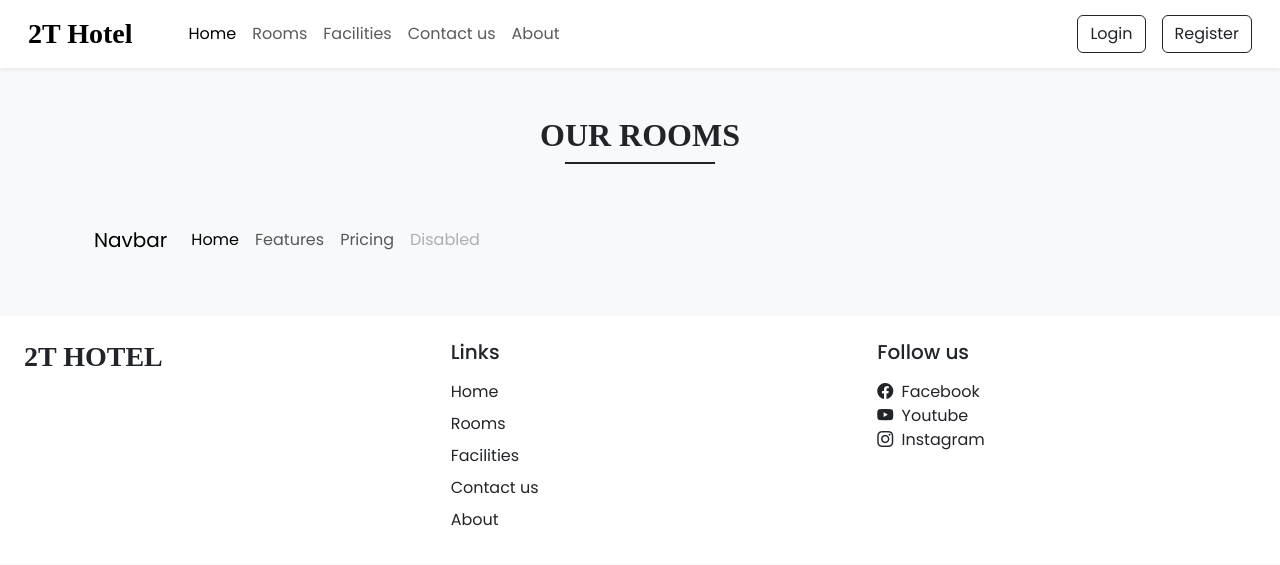
Repository: TaTongThanh2003/DoAnCoSo2024_BookingHotelWebsite
Page: http://localhost/WebsiteBookingHotel/rooms.php
An editor plug-in stored every save of this project. The page is shown before and after the next save, followed by the edit.
The browser window is 1280 px wide. The pictures show the whole page.
Some web fonts or font styles are not loaded; a fallback is used. The page is run by PHP 8.4 with error messages shown; the project is at /var/www/html/.

Above is the page before, as saved 2024-03-22 15:39:50.

### WebsiteBookingHotel/rooms.php
<!DOCTYPE html>
<html lang="en">

<head>
    <meta charset="UTF-8">
    <meta http-equiv="X-UA-Compatible" content="IE-edge">
    <meta name="viewport" content="width=device-width, initial-scale=1.0">
    <title>2T Hotel - ROOMS</title>
    <?php require('inc/links.php'); ?>
    <style>
    .pop:hover {
        border-top-color: var(--teal) !important;
        transform: scale(1.03);
        transition: all 0.3s;
    }
    </style>
    <link rel="stylesheet" href="https://cdn.jsdelivr.net/npm/swiper@11/swiper-bundle.min.css" />
    <style>
    @media screen and (max-width: 575px) {
        .availability-form {
            margin: 25px;
            padding: 0 35px;
        }
    }
    </style>
</head>

<body class="bg-light">
    <?php require('inc/header.php'); ?>

    <div class="my-5 px-4">
        <h2 class="fw-bold h-font text-center">OUR ROOMS</h2>
        <div class="h-line bg-dark"></div>
    </div>
    <div class="container">
        <div class="row">
            <div class="col-lg-3">
                <nav class="navbar navbar-expand-lg bg-body-tertiary">
                    <div class="container-fluid">
                        <a class="navbar-brand" href="#">Navbar</a>
                        <button class="navbar-toggler" type="button" data-bs-toggle="collapse"
                            data-bs-target="#navbarNav" aria-controls="navbarNav" aria-expanded="false"
                            aria-label="Toggle navigation">
                            <span class="navbar-toggler-icon"></span>
                        </button>
                        <div class="collapse navbar-collapse" id="navbarNav">
                            <ul class="navbar-nav">
                                <li class="nav-item">
                                    <a class="nav-link active" aria-current="page" href="#">Home</a>
                                </li>
                                <li class="nav-item">
                                    <a class="nav-link" href="#">Features</a>
                                </li>
                                <li class="nav-item">
                                    <a class="nav-link" href="#">Pricing</a>
                                </li>
                                <li class="nav-item">
                                    <a class="nav-link disabled" aria-disabled="true">Disabled</a>
                                </li>
                            </ul>
                        </div>
                    </div>
                </nav>
            </div>
        </div>
    </div>

    <!-- footer -->
    <?php require('inc/footer.php'); ?>




    <!-- <script src="https://cdn.jsdelivr.net/npm/swiper@11/swiper-bundle.min.js"></script>
    <script src="https://cdn.jsdelivr.net/npm/bootstrap@5.3.3/dist/js/bootstrap.bundle.min.js"
        integrity="sha384-YvpcrYf0tY3lHB60NNkmXc5s9fDVZLESaAA55NDzOxhy9GkcIdslK1eN7N6jIeHz" crossorigin="anonymous">
    </script> -->
    <!-- <script>
    var swiper = new Swiper(".swiper-container", {
        spaceBetween: 30,
        effect: "fade",
        loop: true,
        autoplay: {
            delay: 3500,
            disableOnInteraction: false,
        }
    });
    var swiper = new Swiper(".swiper-testimonials", {
        effect: "coverflow",
        grabCursor: true,
        centeredSlides: true,
        slidesPerView: "auto",
        slidesPerView: "3",
        loop: true,
        coverflowEffect: {
            rotate: 50,
            stretch: 0,
            depth: 100,
            modifier: 1,
            slideShadows: false,
        },
        pagination: {
            el: ".swiper-pagination",
        },
        breakpoints: {
            320: {
                slidesPerView: 1,
            },
            640: {
                slidesPerView: 1,
            },
            768: {
                slidesPerView: 2,
            },
            1024: {
                slidesPerView: 3,
            },
        }
    });
    </script> -->
</body>

</html>

### WebsiteBookingHotel/inc/links.php
<link href="https://cdn.jsdelivr.net/npm/bootstrap@5.3.3/dist/css/bootstrap.min.css" rel="stylesheet"
    integrity="sha384-QWTKZyjpPEjISv5WaRU9OFeRpok6YctnYmDr5pNlyT2bRjXh0JMhjY6hW+ALEwIH" crossorigin="anonymous">
<link href="https://fonts.googleapis.com/css2?family=Merienda:wght@400;700&family=Poppins:wght@400;500;600&display=swap"
    rel="stylesheet">
<link rel="stylesheet" href="https://cdn.jsdelivr.net/npm/bootstrap-icons@1.11.3/font/bootstrap-icons.min.css">
<link rel="stylesheet" href="css/common.css">

### WebsiteBookingHotel/inc/header.php
<nav class="navbar navbar-expand-lg navbar-light bg-white px-lg-3 py-lg-2 shadow-sm sticky-top">
    <div class="container-fluid">
        <a class="navbar-brand me-5 fw-bold fs-3 h-font" href="index.php">2T Hotel</a>
        <button class="navbar-toggler shadow-none" type="button" data-bs-toggle="collapse"
            data-bs-target="#navbarSupportedContent" aria-controls="navbarSupportedContent" aria-expanded="false"
            aria-label="Toggle navigation">
            <span class="navbar-toggler-icon"></span>
        </button>
        <div class="collapse navbar-collapse" id="navbarSupportedContent">
            <ul class="navbar-nav me-auto mb-2 mb-lg-0">
                <li class="nav-item">
                    <a class="nav-link active" aria-current="page" href="index.php">Home</a>
                </li>
                <li class="nav-item">
                    <a class="nav-link" href="rooms.php">Rooms</a>
                </li>
                <li class="nav-item">
                    <a class="nav-link" href="facilities.php">Facilities</a>
                </li>
                <li class="nav-item">
                    <a class="nav-link" href="contact.php">Contact us</a>
                </li>
                <li class="nav-item">
                    <a class="nav-link" href="about.php">About</a>
                </li>
            </ul>
            <div class="d-flex">
                <button type="button" class="btn btn-outline-dark shadow-none me-lg-3 me-2" data-bs-toggle="modal"
                    data-bs-target="#loginModal">
                    Login
                </button>
                <button type="button" class="btn btn-outline-dark shadow-none " data-bs-toggle="modal"
                    data-bs-target="#registerModal">
                    Register
                </button>
            </div>
        </div>
    </div>
</nav>

<!-- login -->
<div class="modal fade" id="loginModal" data-bs-backdrop="static" data-bs-keyboard="false" tabindex="-1"
    aria-labelledby="staticBackdropLabel" aria-hidden="true">
    <div class="modal-dialog">
        <div class="modal-content">
            <form>
                <div class="modal-header">
                    <h5 class="modal-title d-flex align-item-center">
                        <i class="bi bi-person-circle fs-5 me-2"></i> User login
                    </h5>
                    <button type="reset" class="btn-close shadow-none" data-bs-dismiss="modal"
                        aria-label="Close"></button>
                </div>
                <div class="modal-body">
                    <div class="mb-3">
                        <label class="form-label">Email address</label>
                        <input type="email" class="form-control shadow-none">
                    </div>
                    <div class="mb-4">
                        <label class="form-label">Password</label>
                        <input type="password" class="form-control shadow-none">
                    </div>
                    <div class="d-flex align-items-center justify-content-between mb-2">
                        <button type="submit" class="btn btn-dark shadow-none">LOGIN</button>
                        <a href="javascript: void(0)" class="text-secondary text-decoration-none">Forgot
                            Password?</a>
                    </div>
                </div>
            </form>
        </div>
    </div>
</div>

<!-- Register -->
<div class="modal fade" id="registerModal" data-bs-backdrop="static" data-bs-keyboard="false" tabindex="-1"
    aria-labelledby="staticBackdropLabel" aria-hidden="true">
    <div class="modal-dialog modal-lg">
        <div class="modal-content">
            <form>
                <div class="modal-header">
                    <h5 class="modal-title d-flex align-item-center">
                        <i class="bi bi-person-lines-fill fs-5 me-2"></i>
                        User Registration
                    </h5>
                    <button type="reset" class="btn-close shadow-none" data-bs-dismiss="modal"
                        aria-label="Close"></button>
                </div>
                <div class="modal-body">
                    <span class="badge rounded-pill bg-light text-dark mb-3 text-wrap lh-base">
                        Note: Your details must match with your ID (Aadhar card, passport, driving license, etc.)
                        that will be required dring check-in.
                    </span>
                    <div class="container-fluid">
                        <div class="row">
                            <!-- Name -->
                            <div class="col-md-6 ps-0 mb-3">
                                <label class="form-label">Name</label>
                                <input type="text" class="form-control shadow-none">
                            </div>
                            <!-- Email -->
                            <div class="col-md-6 p-0 mb-3">
                                <label class="form-label">Email</label>
                                <input type="email" class="form-control shadow-none">
                            </div>
                            <!-- Phone Number -->
                            <div class="col-md-6 ps-0 mb-3">
                                <label class="form-label">Phone Number</label>
                                <input type="number" class="form-control shadow-none">
                            </div>
                            <!-- Picture -->
                            <div class="col-md-6 p-0 mb-3">
                                <label class="form-label">Picture</label>
                                <input type="file" class="form-control shadow-none">
                            </div>
                            <!-- Address -->
                            <div class="col-md-12 p-0 mb-3">
                                <label class="form-label">Address</label>
                                <textarea class="form-control shadow-none" rows="1"></textarea>
                            </div>
                            <!-- Pincode -->
                            <div class="col-md-6 ps-0 mb-3">
                                <label class="form-label">Pincode</label>
                                <input type="number" class="form-control shadow-none">
                            </div>
                            <!-- Date of birth -->
                            <div class="col-md-6 p-0 mb-3">
                                <label class="form-label">Date of birth</label>
                                <input type="date" class="form-control shadow-none">
                            </div>
                            <!-- Password -->
                            <div class="col-md-6 ps-0 mb-3">
                                <label class="form-label">Password</label>
                                <input type="password" class="form-control shadow-none">
                            </div>
                            <!-- Comfirm Password -->
                            <div class="col-md-6 p-0 mb-3">
                                <label class="form-label">Comfirm Password</label>
                                <input type="password" class="form-control shadow-none">
                            </div>
                        </div>
                    </div>
                    <div class="text-center my-1">
                        <button type="submit" class="btn btn-dark shadow-none">REGISTER</button>
                    </div>
                </div>
            </form>
        </div>
    </div>
</div>

### WebsiteBookingHotel/inc/footer.php
<div class="container-fluid bg-white mt-5">
    <div class="row">
        <div class="col-lg-4 p-4">
            <h3 class="h-font fw-bold fs-3">2T HOTEL</h3>
            <p>

            </p>
        </div>
        <div class="col-lg-4 p-4">
            <h5 class="mb-3">Links</h5>
            <a href="#" class="d-inline-block mb-2 text-dark text-decoration-none">Home</a><br>
            <a href="#" class="d-inline-block mb-2 text-dark text-decoration-none">Rooms</a><br>
            <a href="#" class="d-inline-block mb-2 text-dark text-decoration-none">Facilities</a><br>
            <a href="#" class="d-inline-block mb-2 text-dark text-decoration-none">Contact us</a><br>
            <a href="#" class="d-inline-block mb-2 text-dark text-decoration-none">About</a>
        </div>
        <div class="col-lg-4 p-4">
            <h5 class="mb-3">Follow us</h5>
            <a href="#" class="d-inline-block text-dark text-decoration-none md-2">
                <i class="bi bi-facebook me-1"></i> Facebook
            </a><br>
            <a href="#" class="d-inline-block text-dark text-decoration-none md-2">
                <i class="bi bi-youtube me-1"></i> Youtube
            </a><br>
            <a href="#" class="d-inline-block text-dark text-decoration-none ">
                <i class="bi bi-instagram me-1"></i> Instagram
            </a><br>
        </div>
    </div>
</div>

### WebsiteBookingHotel/css/common.css
:root{
    --teal: #2ec1ac;
    --teal_hover: #279e8c;
}

* {
    font-family: 'Poppins', sans-serif;
}

.h-font {
    font-family: 'Merienda', cursive;
}

input::-webkit-outer-spin-button,
input::-webkit-inner-spin-button {
    -webkit-appearance: none;
    margin: 0;
}

/* input[type=number] {
    -moz-appearance: textfield;
} */

.custom-bg {
    background-color: var(--teal);
    border: 1px solid var(--teal);
}

.custom-bg:hover {
    background-color: var(--teal_hover);
    border-color: var(--teal_hover);
}

.availability-form {
    margin-top: -50px;
    z-index: 2;
    position: relative;
}
.h-line{
    width: 150px ;
    margin: 0 auto;
    height: 1.7px;
}

After the next save:
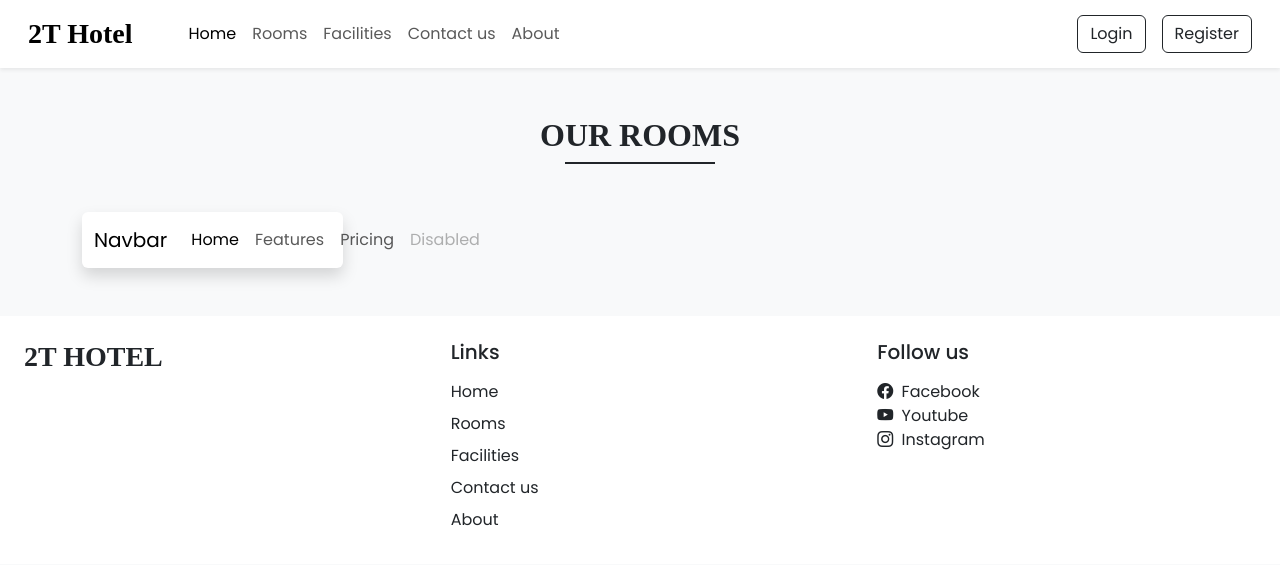
Saved 81 s later.
--- a/WebsiteBookingHotel/rooms.php
+++ b/WebsiteBookingHotel/rooms.php
@@ -35,7 +35,7 @@
     <div class="container">
         <div class="row">
             <div class="col-lg-3">
-                <nav class="navbar navbar-expand-lg bg-body-tertiary">
+                <nav class="navbar navbar-expand-lg navbar-light bg-white rounded shadow ">
                     <div class="container-fluid">
                         <a class="navbar-brand" href="#">Navbar</a>
                         <button class="navbar-toggler" type="button" data-bs-toggle="collapse"
